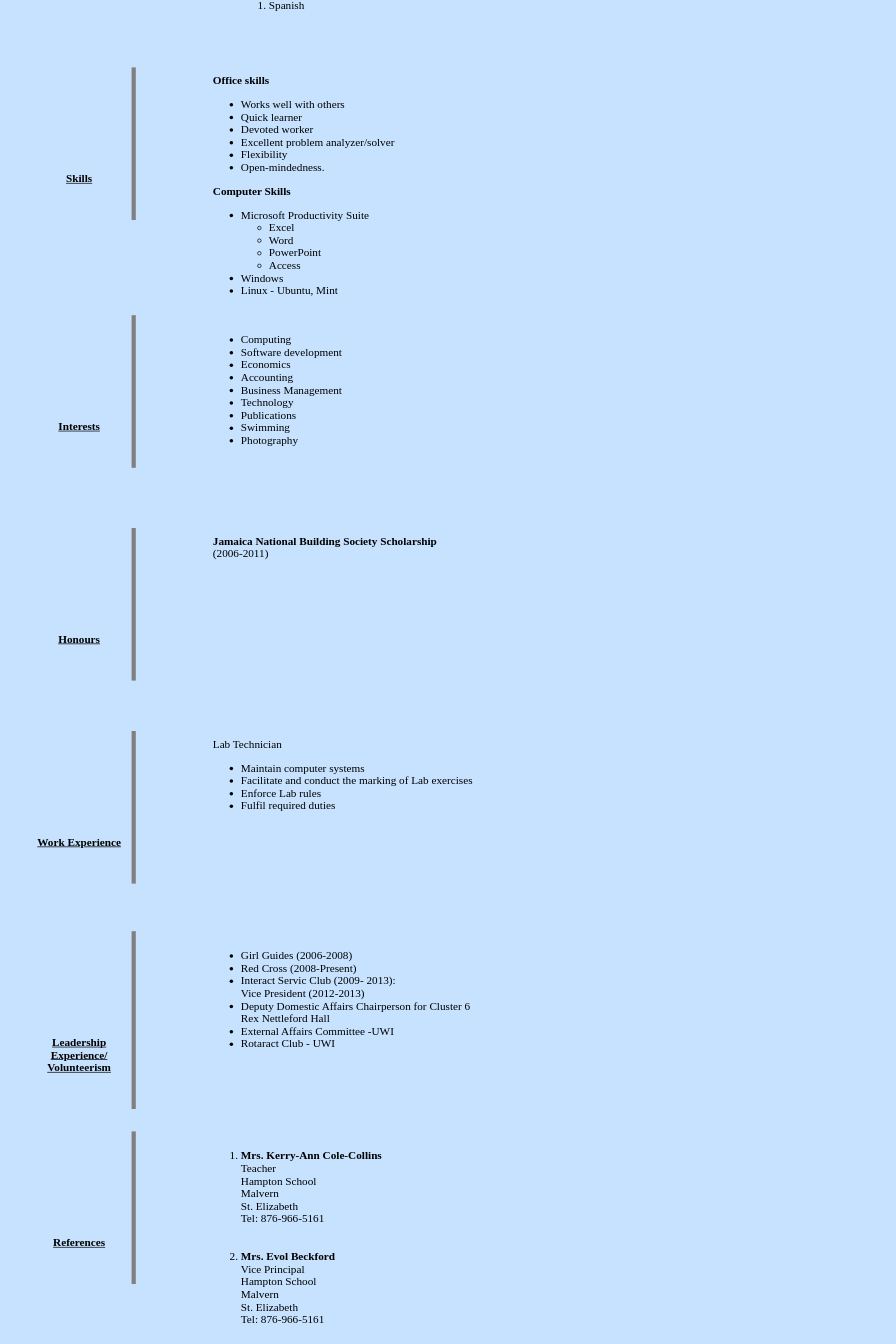
Repository: kernicole/kernicole.github.io
Page: resume2.html
The author's editor kept a record of every edit. The page is drawn from the files as they stood at one moment, then again after the next edit.
The browser window is 1280 px wide. The pictures show the part of the page from y = 966 to 2886 px (the page is 2886 px tall before and 2850 px after), at 70% of full size.

Above is the page before.

### resume2.html
<!DOCTYPE html>

<html>

<head>

   <link type="text/css" rel="stylesheet" href="stylesheet.css"/>

  <title>

      Kerry-Ann's Resume

 </title>

</head>

 <body>

 <div id="header">
 <h2> Kerry-Ann Lewis </h2>
 </div>
    <div id="pic">  <img src="gradpic3.JPG"/> </div>
    <div id ="details">
    <p><strong>Cell:5689836</strong> <br/>

    <strong>Email:</strong> kerry.nicole.lewis@gmail.com </p>
    <p>  I am a second year student at the University of the West Indies,
     Mona Campus, pursuing a Bachelors of Science degree in
     Computer Science with a minor in Economics. I am a fast learner
     as I am eager to learn and work. I am a polite, hardworking,
     focused mature and disciplined individual who strives for success.
     I would like to become a systems analyst/software programmer
     as I have a passion for finding and providing a solution to any given problem.
     <br/>
     <br/>
         <span class="head2"> Objectives:</span>
         To gain knowledge, experience, and understanding of different fields of work.
         To become aware of different modes of work operations
         to help in pursuing a successful career as a systems analyst, software developer,
         economist and entrepreneur.
     </p> </div>


<div class="left">  <span class="head"> Education </span> </div>
<div class="right">
   <strong> University of the West Indies, Mona </strong>  (2013- Present)
       <p><strong> Major: </strong> Computer Science<br>
       <strong> Minor: </strong> Economics </p>
       <br>


       <p> <strong> Hampton School for Girls, St. Elizabeth</strong>  (2006-2013) </p>
       <p><strong> Associate Degree in General Science </strong> <br>
        <ul>
         <li> Four(4) CAPE distinctions- <ol><li>Communication Studies</li>
        			            <li>Information Technology Unit 1 </li>
        			           <li>Economics  Unit 1 </li>
        			            <li>Economics Unit 2 </li> </ol> </li>
             <li>  Four(4) CAPE credits- <ol> <li>Caribbean Studies </li>
                                                <li> Information Technology Unit 2 </li>
                                                <li>  Physics Unit 1 </li>
                                                <li> Physics Unit 2  </li>
                                                </ol> </li>
 			<li>Six (6) CXC distinctions-<ol> <li>Mathematics </li>
 			                          <li> English </li>
                                      <li>Biology </li>
                                      <li>Information Technology </li>
                                      <li>Physics</li>
                                    <li>Principles of Accounts </li> </ol> </li>
            <li> One(1) CXC credit- <ol><li> Economics </li> </ol> </li>
		   <li> One(1) CXC pass-<ol><li>Spanish </li></ol> </li>

        </ul>
        <br/>
        <br/>
        <br/>
</div>

<div class="left">
<span class="head"> Skills       </span>
</div>

<div class="right"> <span class="head2">  Office skills </span>
<ul>
      <li>Works well with others </li>
      <li>Quick learner</li>
      <li>Devoted worker</li>
      <li>Excellent problem analyzer/solver</li>
      <li>Flexibility</li>
      <li>Open-mindedness. </li>
          </ul>
       <span class="head2">Computer Skills</span>
          <ul>
          <li>Microsoft Productivity Suite
               <ul>
               <li> Excel </li>
               <li>Word </li>
               <li>PowerPoint</li>
               <li>Access </li>
               </ul> </li>
          <li>Windows</li>
          <li>Linux - Ubuntu, Mint</li>
          </ul>
      </div>


<div>
<div class="left"> <span class="head"> Interests </span></div>

<div class="right"> <ul> <li>Computing</li>
                     <li>Software development</li>
                     <li>Economics</li>
                    <li>Accounting </li>
                    <li>Business Management</li>
                    <li>Technology</li>
                    <li>Publications</li>
                     <li>Swimming </li>
                    <li>Photography </li>
                    </ul>
                    <br/>
                    <br/>
                    <br/><br/><br/>
 </div>   </div>


<div class="left"> <span class="head"> Honours </span> </div>
<div class="right">  <strong> Jamaica National Building Society Scholarship </strong>
                                            <br/>  (2006-2011)
                                            <br/>
                                            <br/>
                                            <br/>
                                            <br/>
                                            <br/>
                                            <br/>
                                            <br/>
                                            <br/>
                                            <Br/>
                                            <br/>
                                            <br/>
                                            <br/>
                                            <br/>
                                            <br/>

</div >

<div class="left"> <span class="head"> Work Experience </span> </div>
<div class="right"> Lab Technician
                      <ul> <li>Maintain computer systems</li>
                          <li> Facilitate and conduct the marking of Lab exercises </li>
                          <li> Enforce Lab rules</li>
                          <li> Fulfil required duties</li>
                      </ul>
                           <br/>
                                            <br/>
                                            <br/>
                                            <Br/>
                                            <br/>
                                            <br/>
                                            <br/>
                                            <br/>
                      </div>

<div class="left"> <span class="head"> Leadership Experience/<br/>Volunteerism </span> </div>
<div class="right"> <ul>
                     <li>Girl Guides (2006-2008)</li>
                         <li> Red Cross (2008-Present) </li>
                         <li> Interact Servic Club (2009- 2013): <br />
                              Vice President (2012-2013)</li>
                        <li> Deputy Domestic Affairs Chairperson for Cluster 6 <br /> Rex Nettleford Hall</li>
                        <li>External Affairs Committee -UWI </li>
                        <li> Rotaract Club - UWI </li></ul>  <br/>
                                            <br/>
                                            <br/>
                                            <Br/>

                                            <br/></div>

<div class="left"> <span class="head"> References </span></div>
<div class="right"> <ol> <li> <span class="ref">Mrs. Kerry-Ann Cole-Collins  </span>
                      <br/> Teacher
                      <br/> Hampton School
                      <br/> Malvern
                      <br/> St. Elizabeth
                      <br/> Tel: 876-966-5161
                      </li>
                      <br/>
                      <br/>
                      <li> <span class="ref"> Mrs. Evol Beckford </span>
                      <br/> Vice Principal
                      <br/> Hampton School
                      <br/> Malvern
                      <br/> St. Elizabeth
                      <br/> Tel: 876-966-5161
                      </li>
</ol> </div>


</body>

</html>

### stylesheet.css
body {
    background-color:#c6e2ff;
}

img{
    height:200px;

}

.head{
    text-decoration:underline;
    font-weight: bold;
}

.right{

    float: left;
	height: auto;
	width:auto;
	margin-left: 10px;
	padding-top:10px;
	padding-bottom:10px;

}

.left{
    clear:left;
	float: left;
	width:150px;
	margin-right:100px;
	margin-left:30px;
	 text-align: center;
	 padding-top:150px;
	 border-right: 6px solid gray;
	 padding-bottom:50px;

}
#breakline {
    width:900px;
    height:10px;
}

.header{
    float:left;
	margin-bottom:12px;
}

#details{
    border-top:3px solid gray;
    clear:left;
	height:auto;
	width:400px;
}
#pic{
    position:absolute;
	margin-left:500px;
}

.head2{
    font-weight:bold;
}

.ref{
	font-weight:bold;
}
#ref li{
	margin-bottom:30px;
}

After the next edit:
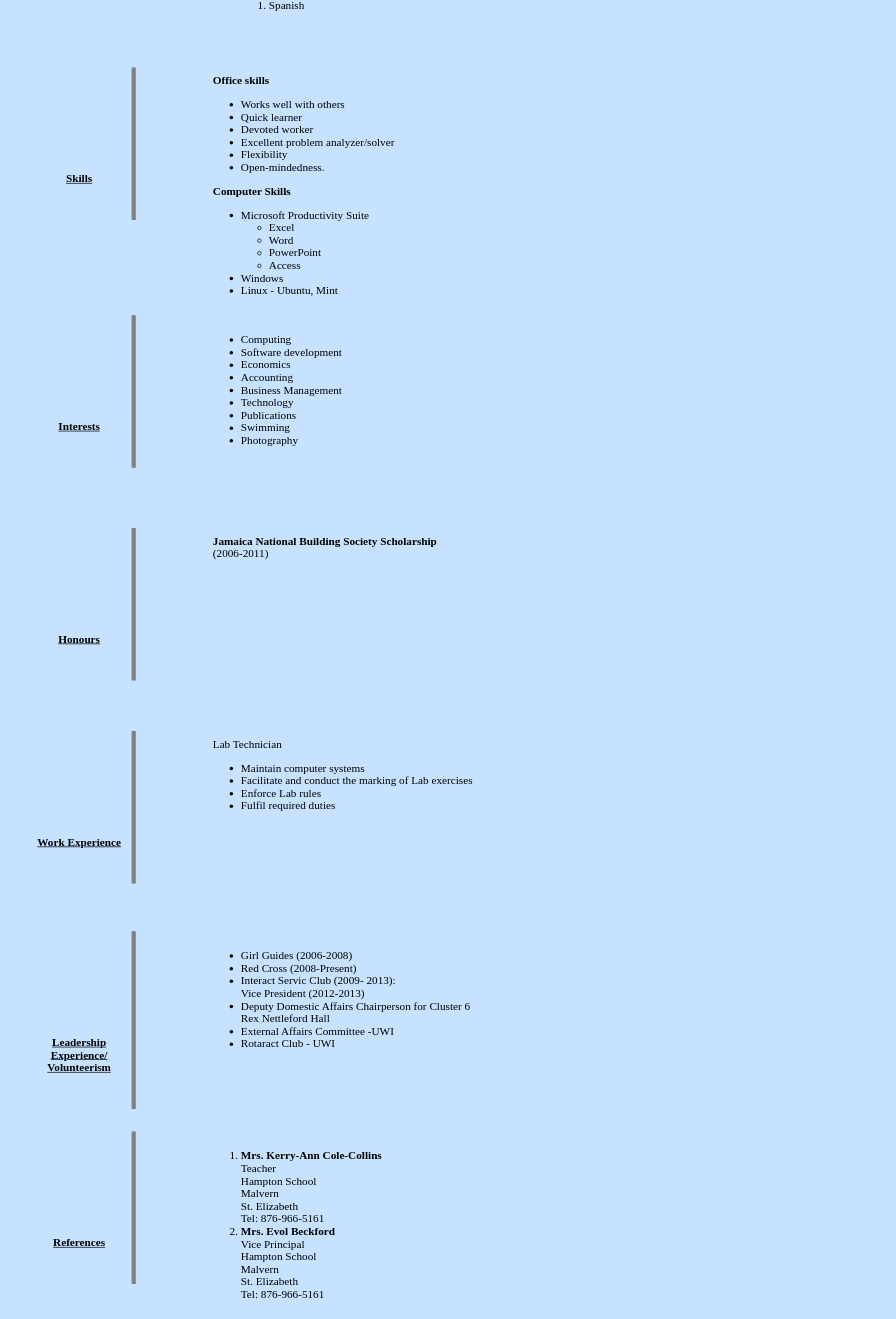
The edit:
--- a/resume2.html
+++ b/resume2.html
@@ -183,9 +183,9 @@
                       <br/> St. Elizabeth
                       <br/> Tel: 876-966-5161
                       </li>
-                      <br/>
-                      <br/>
-                      <li> <span class="ref"> Mrs. Evol Beckford </span>
+
+
+                      </li>                      <li> <span class="ref"> Mrs. Evol Beckford </span>
                       <br/> Vice Principal
                       <br/> Hampton School
                       <br/> Malvern
